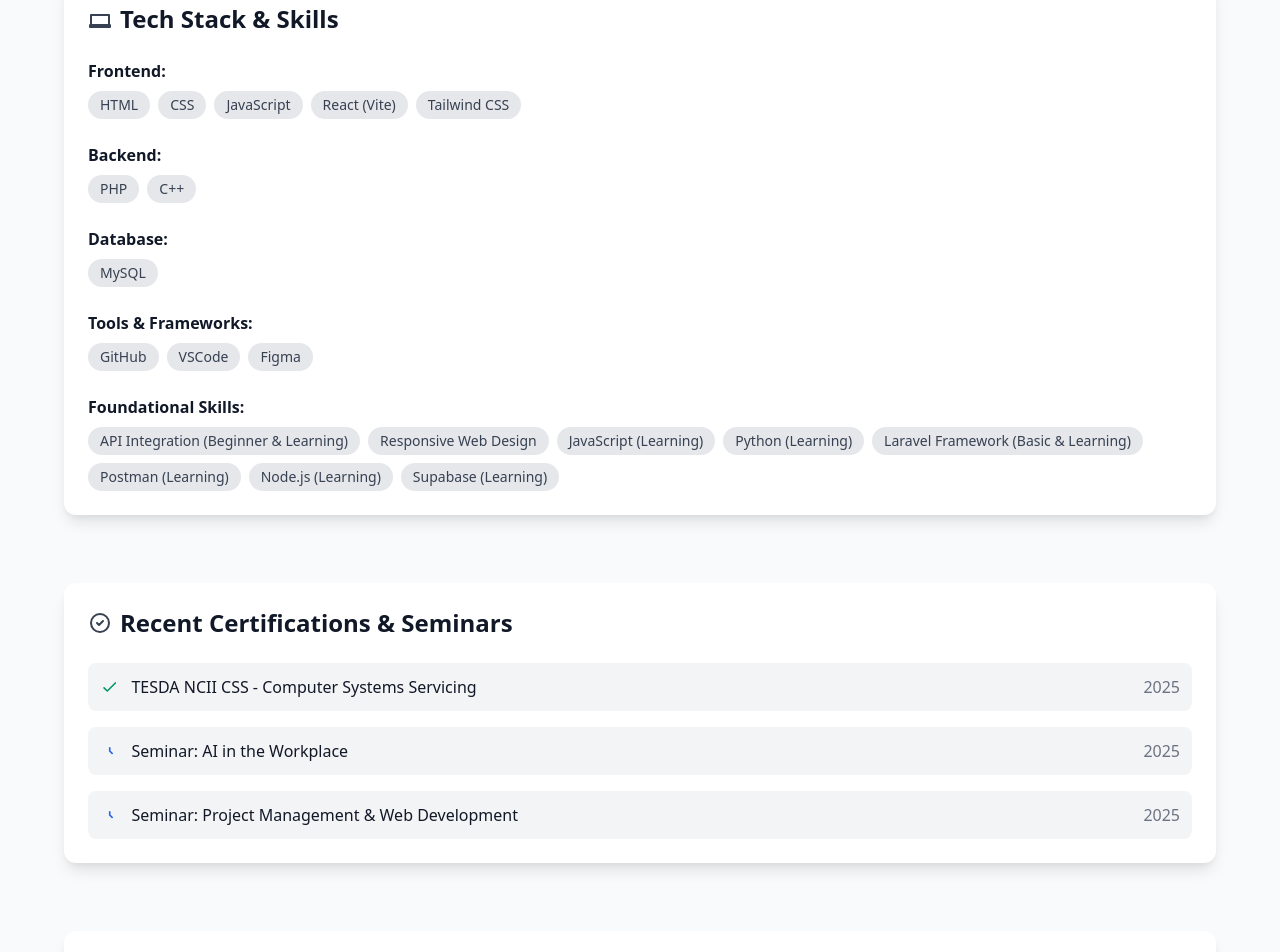
Repository: MeekSharkdev/cv-portfolio
Page: index.html
These files come from the project's save history. The page is drawn as it stood at one moment and after the next save; the edit follows.
The browser window is 1280 px wide. The pictures show the part of the page from y = 1113 to 2065 px (the page is 2740 px tall).
A picture or video elsewhere on the page could not be fetched, so the positions and the page height are approximate.

Above is the page before, as saved 2026-01-31 20:53:55.
Not found: styles.css

After the next save:
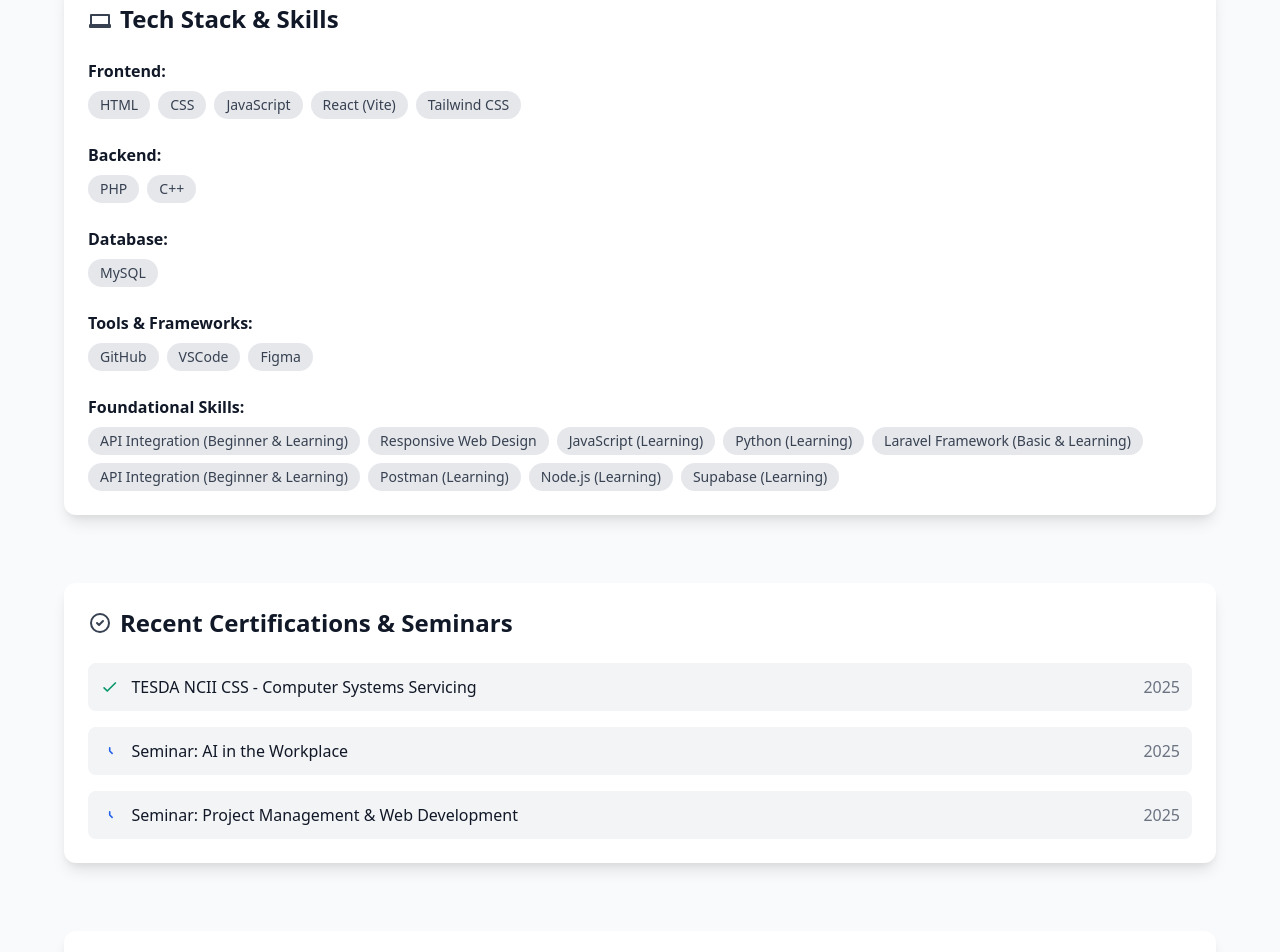
Saved 3 min 58 s later.
--- a/index.html
+++ b/index.html
@@ -229,6 +229,8 @@
                         <span class="px-3 py-1 bg-gray-200 rounded-full text-gray-700 text-sm">Python (Learning)</span>
                         <span class="px-3 py-1 bg-gray-200 rounded-full text-gray-700 text-sm">Laravel Framework (Basic &
                             Learning)</span>
+                            <span class="px-3 py-1 bg-gray-200 rounded-full text-gray-700 text-sm">API Integration (Beginner &
+                                Learning)</span>
                         <span class="px-3 py-1 bg-gray-200 rounded-full text-gray-700 text-sm">Postman (Learning)</span>
                         <span class="px-3 py-1 bg-gray-200 rounded-full text-gray-700 text-sm">Node.js (Learning)</span>
                         <span class="px-3 py-1 bg-gray-200 rounded-full text-gray-700 text-sm">Supabase (Learning)</span>
